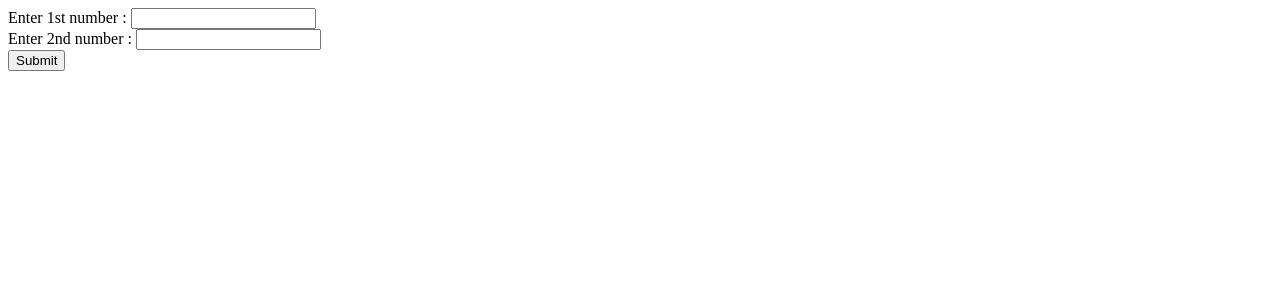
Repository: manishkrojha0/JavaLearning
Page: DemoApp/src/main/webapp/index.html
The author's editor kept a copy of each file at every save. The page is drawn from the files as they stood at one save, then again after the next save.
The browser window is 1280 px wide. The pictures show the whole page.

Above is the page before, as saved 2021-10-02 08:57:09.

### DemoApp/src/main/webapp/index.html
<!DOCTYPE html>
<html>
<head>
<meta charset="ISO-8859-1">
<title>Insert title here</title>
</head>
<body>
    <form action="">
    Enter 1st number : <input type="text" name="num1"><br>
    Enter 2nd number : <input type="text" name="num2"><br>
    <input type ="submit">
    </form>
</body>
</html>

After the next save:
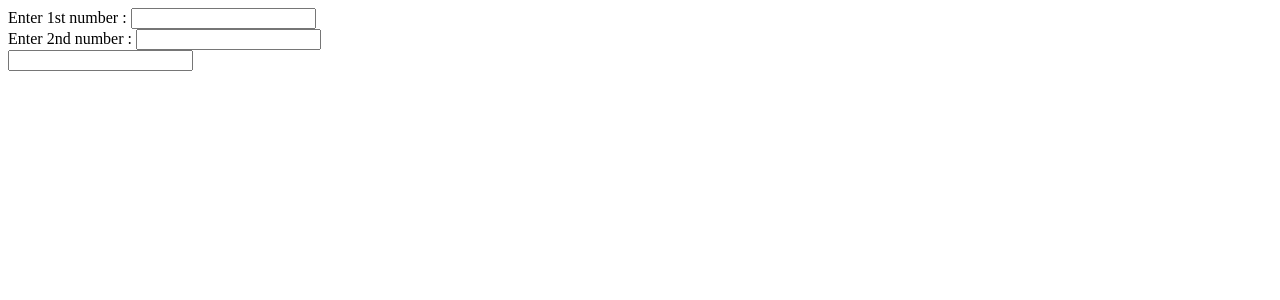
Saved 10 min 16 s later.
--- a/DemoApp/src/main/webapp/index.html
+++ b/DemoApp/src/main/webapp/index.html
@@ -5,10 +5,10 @@
 <title>Insert title here</title>
 </head>
 <body>
-    <form action="">
+    <form action="add">
     Enter 1st number : <input type="text" name="num1"><br>
     Enter 2nd number : <input type="text" name="num2"><br>
-    <input type ="submit">
+    <input type ="submit query">
     </form>
 </body>
 </html>

After the save that followed:
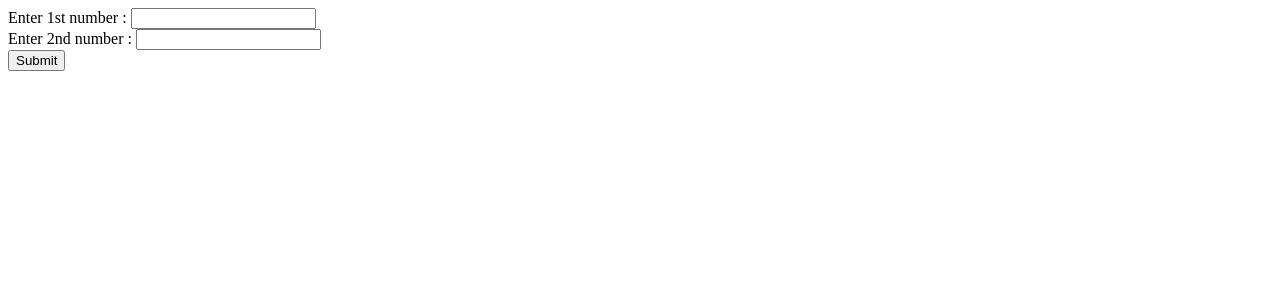
Saved 66 s later.
--- a/DemoApp/src/main/webapp/index.html
+++ b/DemoApp/src/main/webapp/index.html
@@ -8,7 +8,7 @@
     <form action="add">
     Enter 1st number : <input type="text" name="num1"><br>
     Enter 2nd number : <input type="text" name="num2"><br>
-    <input type ="submit query">
+    <input type ="submit">
     </form>
 </body>
 </html>
